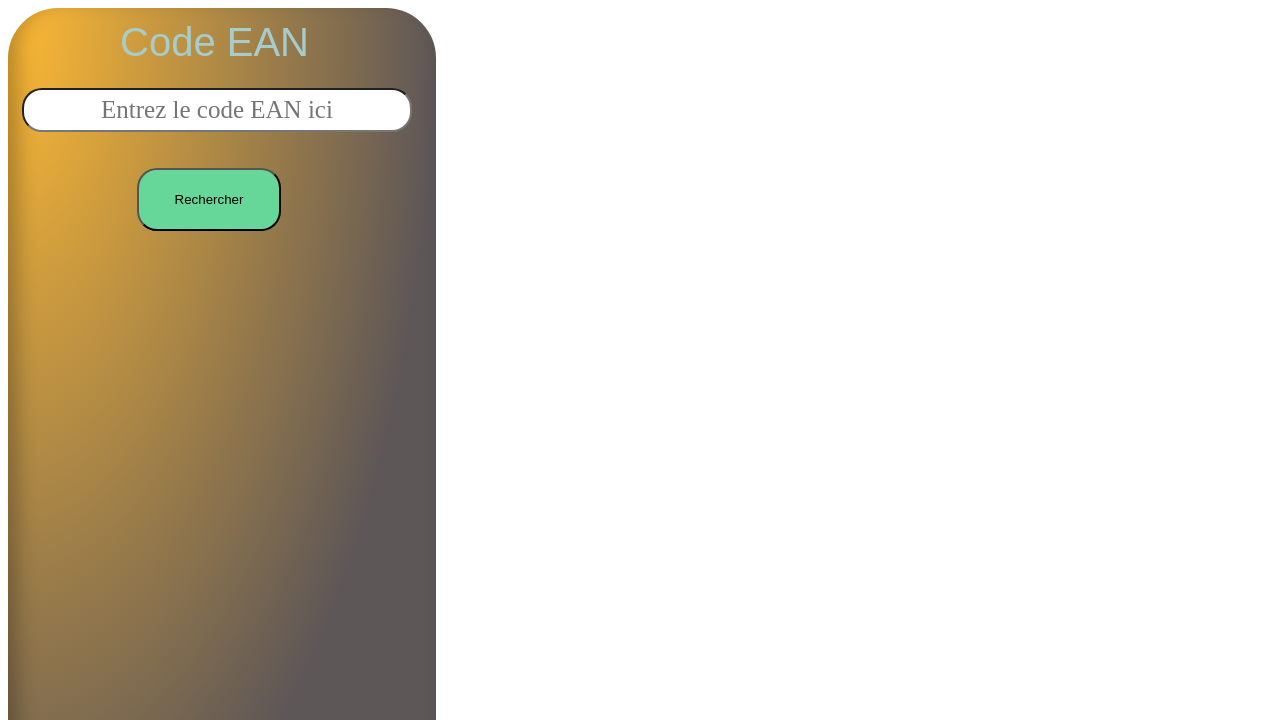
Repository: Zouz01/exo-toucan
Page: index.html
The author's editor kept a copy of each file at every save. The page is drawn from the files as they stood at one save, then again after the next save.
The browser window is 1280 px wide. The pictures show the whole page.

Above is the page before, as saved 2023-09-21 11:55:07.

After the next save:
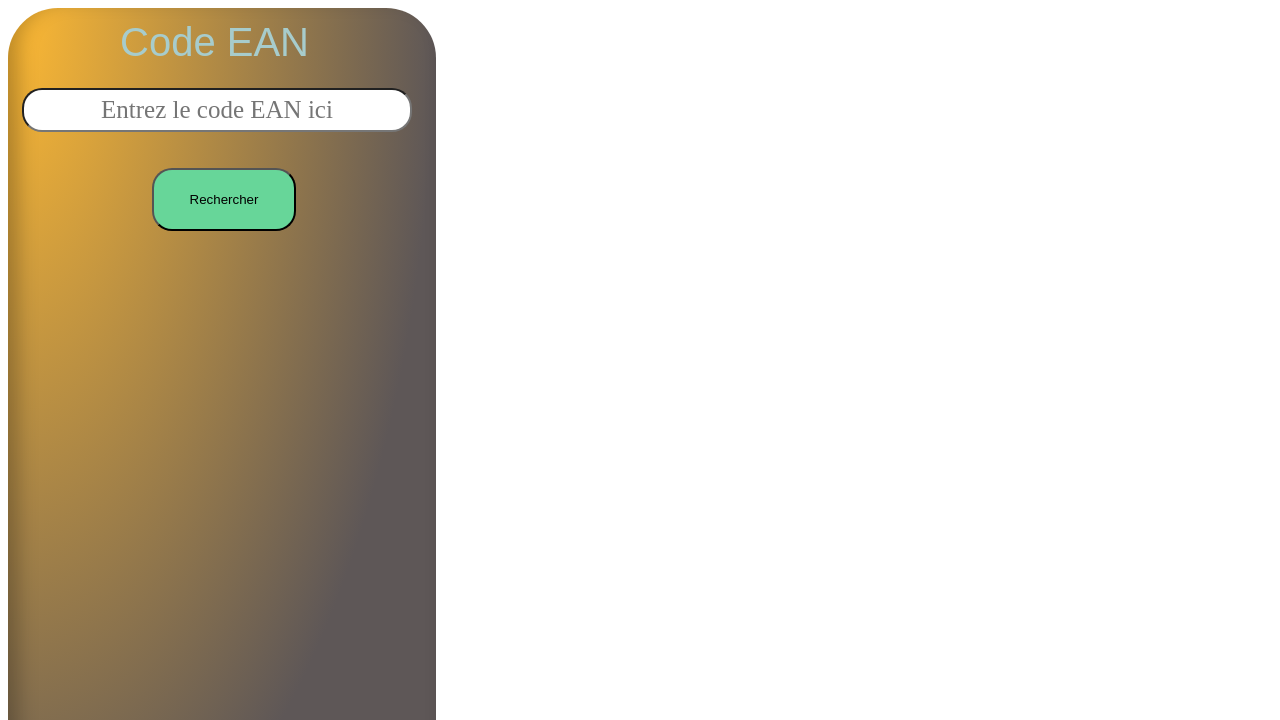
Saved 16 s later.
--- a/main.css
+++ b/main.css
@@ -83,7 +83,7 @@ button[type="submit"] {
   background-color: #67d699;
     top: 160px;
     border-radius: 20px;
-    right: 155px;
+    right: 140px;
 
 
 
